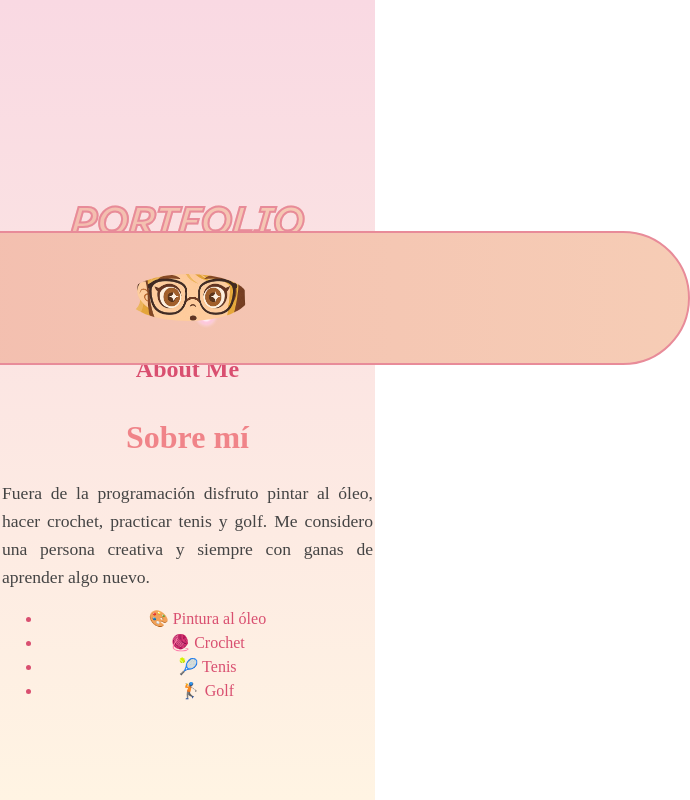
Repository: cflorido/Portafolio
Page: /
An editor plug-in stored every save of this project. The page is shown before and after the next save, followed by the edit.
The browser window is 375 px wide. The page is 690 px wide, so the pictures cover 690 px, including what lies to the right of the window. The pictures show the whole page.
Some web fonts or font styles are not loaded; a fallback is used. The project was rebuilt for these pictures with package versions that can differ from the ones it lists, and the page was loaded fresh each time. Also part of the build but not shown: vite.config.ts.

Above is the page before, as saved 2025-09-03 22:45:36.

### index.html
<!doctype html>
<html lang="en">
  <head>
    <meta charset="UTF-8" />
    <link rel="icon" type="image/svg+xml" href="/vite.svg" />
    <meta name="viewport" content="width=device-width, initial-scale=1.0" />
    <title>Vite + React + TS</title>
    <link rel="preconnect" href="https://fonts.googleapis.com">
    <link rel="preconnect" href="https://fonts.gstatic.com" crossorigin>
    <link href="https://fonts.googleapis.com/css2?family=Cantora+One&display=swap" rel="stylesheet">
  </head>
  <body>
    <div id="root"></div>
    <script type="module" src="/src/main.tsx"></script>
  </body>
</html>

### src/main.tsx
import { StrictMode } from 'react'
import { createRoot } from 'react-dom/client'
import './index.css'
import App from './App.tsx'
import AboutMe from './components/aboutme.tsx'

createRoot(document.getElementById('root')!).render(
  <StrictMode>
    <App />
  </StrictMode>,
)

### src/App.tsx
import { useState, useEffect } from 'react';
import AboutMe from './components/aboutme';
import './App.css';

function App() {
  const [showHeader, setShowHeader] = useState(false);

  useEffect(() => {
    const handleScroll = () => {
      setShowHeader(window.scrollY > 100);
    };
    window.addEventListener('scroll', handleScroll);
    return () => window.removeEventListener('scroll', handleScroll);
  }, []);

  return (
    <div className="portfolio-container">
      <header className={`dynamic-header${showHeader ? ' visible' : ''}`}>
        <nav>
          <span style={{ fontWeight: 'bold', color: '#e88b99', fontSize: '1.3rem' }}>Carol Sofia Florido</span>
          <span style={{ margin: '0 16px', color: '#e88b99' }}>|</span>
          <span style={{ color: '#333', fontSize: '1.1rem' }}>Software Developer</span>
        </nav>
      </header>
      <div className="portfolio-header">
        <h1>PORTFOLIO</h1>
        <div className="subtitle">
          <span className="name">Carol Sofia Florido </span>
          <span className="separator"></span>
          <span className="role">Software Developer</span>
        </div>
      </div>
      <main>
        <div className="avatar-stage">
          <div className="avatar-pill"></div>
          <div className="avatar-stars"></div>
          <img className="avatar" src="public/ilustracion.png" alt="Avatar" />
        </div>
           <section className="about-section">
          <h2>About Me</h2>
          <AboutMe />
        </section>
      </main>
      <footer></footer>
    </div>
  );
}

export default App;

### src/components/AboutMe.tsx
import React from "react";
import "./AboutMe.css";

function AboutMe() {
  return (
    <div className="aboutme-container">
      <h2 className="aboutme-title">Sobre mí</h2>
      <p className="aboutme-text">
        Fuera de la programación disfruto pintar al óleo, hacer crochet,
        practicar tenis y golf. Me considero una persona creativa y siempre con
        ganas de aprender algo nuevo.
      </p>
      <ul className="aboutme-hobbies">
        <li>🎨 Pintura al óleo</li>
        <li>🧶 Crochet</li>
        <li>🎾 Tenis</li>
        <li>🏌️ Golf</li>
      </ul>
    </div>
  );
}

export default AboutMe;

### src/App.css
@font-face {
  font-family: 'Toboggan';
  src: url('/Toboggan OTF/Toboggan-MediumItalic.otf') format('opentype');
  font-weight: 300;
  font-style: normal;
}

:root {
    --sync-gradient: linear-gradient(270deg,  #f8d5b9, #e88b99);
}

body {

    margin: 0;
    font-family: 'Playfair Display', serif;
    background: linear-gradient(to bottom, #f9d9e3, #fff4e3);
    color: #d94f70;
    display: flex;
    justify-content: center;
    align-items: center;
    height: 100vh;
    user-select: none;
}

.portfolio-container {
    text-align: center;
}

h1 {
  margin-top: 160px; /* Margen superior para separar del borde */
  user-select: none;
  font-family: 'Toboggan', sans-serif;
  font-size: 10rem;
  font-weight: bold;
  margin-bottom: 0;
  background: var(--sync-gradient);
  background-size: 400% 400%;
  -webkit-background-clip: text;
  background-clip: text;
  animation: gradientMove 20s ease infinite;
  -webkit-text-stroke: 2px #e88b99;
  color: transparent;
}

header h2 {
    font-family: 'Toboggan';
  font-size: 1.5rem;
  font-weight: 300;
  text-align: left;
  color: #000;
  user-select: none;
  margin: 0;   /* 🔹 Elimina todos los márgenes */
}

header p {
    font-family: 'Playfair Display', serif;
    font-size: 140px;
    font-style: italic;
}

footer {
    margin-top: 30px;
    font-size: 0.9rem;
}

main {
    display: flex;
    flex-direction: column; /* ✅ apila los hijos */
    align-items: center;
}


.avatar-stage {
    position: relative;
    display: flex;
    justify-content: center;
    align-items: center;
    width: 90vw;
    max-width: 900px;
    margin-left: auto;
    margin-right: auto;
    border-radius: 20px;    /* Opcional: bordes redondeados */
}
/* 🔹 Estrellitas dentro del avatar-stage */
.avatar-stage::before {
  content: "";
  position: absolute;
  top: 0;
  left: 0;
  width: 100%;
  height: 100%;

  background-image:
    polygon-star(3, 6px, white),
    polygon-star(3, 8px, white),
    polygon-star(3, 5px, rgba(255,255,255,0.8));

  pointer-events: none;
}

.avatar-pill {

    position: absolute;
    z-index: 1;
    width: min(320vw, 1000px);
    height: 130px;

    /* 🔹 Usando la misma variable CSS */
    background: var(--sync-gradient);
    background-size: 400% 400%;
    border-radius: 70px;
    border: 2px solid #e88b99; /* Borde negro de 2px */
    overflow: hidden;
    animation: gradientMove 20s ease infinite;
}

/* Bolitas animadas */
.avatar-pill::before,
.avatar-pill::after {
    content: "";
    position: absolute;
    width: 200%;
    height: 200%;
    top: -50%;
    left: -50%;
    background-image: radial-gradient(circle 6px, rgba(255,255,255,0.8) 70%, transparent 100%),
                      radial-gradient(circle 10px, rgba(255,200,230,0.6) 70%, transparent 100%),
                      radial-gradient(circle 8px, rgba(255,180,210,0.5) 70%, transparent 100%),
                      radial-gradient(circle 12px, rgba(255,220,240,0.4) 70%, transparent 100%);
    background-repeat: repeat;
    animation: floatBalls 60s linear infinite;
}

.avatar-pill::after {
    animation-duration: 90s;
    opacity: 0.7;
}

/* 🔹 Animación sincronizada para ambos elementos */
@keyframes gradientMove {
    0% { background-position: 0% 50%; }
    50% { background-position: 100% 50%; }
    100% { background-position: 0% 50%; }
}

@keyframes floatBalls {
    from { transform: translate(0, 0); }
    to   { transform: translate(200px, 200px); }
}

.avatar {
    position: relative;
    z-index: 2;
    width: 330px;
    border-radius: 80%;
    display: block;
    margin: auto;
}

/* 🔹 Clase auxiliar por si quieres aplicar el gradiente a otros elementos */
.sync-gradient {
    background: var(--sync-gradient);
    background-size: 400% 400%;
    animation: gradientMove 40s ease infinite;
}


.subtitle {
  font-family: 'Toboggan';
  display: flex;
  gap: 10px;
  font-size: 1.2rem;
  color: #e88b99;
  justify-content: flex-start; /* Alinea el contenido a la izquierda */
  width: 100%;                /* Ocupa todo el ancho disponible */
  text-align: left;           /* Alinea el texto a la izquierda */
  margin-left: 60px;         /* Margen derecho para separar del borde */
}

.subtitle .name {
  font-weight: bold;
}

.subtitle .role {
  border: 2px solid #e88b99;
  border-radius: 15px;
  padding: 2px 10px;
  font-size: 0.9rem;
}
/* Contenedor de estrellitas */
.stars {
  position: absolute;
  top: 0;
  left: 0;
  width: 100%;
  height: 100%;
  pointer-events: none; /* Que no interfieran */
  overflow: hidden;
  z-index: 0;
}

/* Cada estrella */
.star {
  position: absolute;
  width: 0;
  height: 0;
  border-left: 6px solid transparent;
  border-right: 6px solid transparent;
  border-bottom: 12px solid white;
  transform: rotate(0deg);
  opacity: 0.9;
  animation: twinkle 4s infinite ease-in-out;
}

/* Animación de brillo */
@keyframes twinkle {
  0%, 100% { opacity: 0.9; transform: scale(1) rotate(0deg); }
  50% { opacity: 0.3; transform: scale(1.3) rotate(10deg); }
}
.separator {
  display: inline-block;
  width: 2px;
  height: 28px;  /* Más largo verticalmente */
  background-color: #e88b99;
  margin: 0 10px;
}

.dynamic-header {
  position: fixed;
  top: 0;
  left: 0;
  width: 100%;
  background: rgba(255, 255, 255, 0.9);
  backdrop-filter: blur(8px);
  transform: translateY(-100%);
  transition: transform 0.3s ease;
  z-index: 1000;
  padding: 1rem 0;
}

.dynamic-header.visible {
  transform: translateY(0);
}

/* --- RESPONSIVE DESIGN --- */
@media (max-width: 900px) {
  h1 {
    font-size: 5rem;
  }
  .avatar {
    width: 180px;
  }
  .avatar-stage {
    max-width: 98vw;
    width: 98vw;
  }
  .about-section, .about-content {
    flex-direction: column;
    padding: 20px 10px;
    gap: 16px;
    max-width: 98vw;
  }
  .about-photo {
    width: 120px;
    height: 120px;
  }
  .subtitle {
    font-size: 1rem;
    margin-left: 10px;
    margin-right: 10px;
  }
}

@media (max-width: 600px) {
  h1 {
    font-size: 2.5rem;
  }
  .avatar {
    width: 120px;
  }
  .avatar-stage {
    max-width: 100vw;
    width: 100vw;
    border-radius: 10px;
  }
  .about-section, .about-content {
    flex-direction: column;
    padding: 10px 2px;
    gap: 8px;
    max-width: 100vw;
    border-radius: 10px;
  }
  .about-photo {
    width: 80px;
    height: 80px;
  }
  .about-text h2 {
    font-size: 1.3rem;
  }
  .about-text p {
    font-size: 0.95rem;
  }
  .subtitle {
    font-size: 0.9rem;
    margin-left: 4px;
    margin-right: 4px;
  }
}

### src/components/AboutMe.css
.aboutme-section {
  padding: 2rem;
  background-color: #fef7fa;
  border-radius: 1rem;
  margin-top: 2rem;
  box-shadow: 0 4px 8px rgba(0, 0, 0, 0.1);
}

.aboutme-title {
  font-family: "Times New Roman", serif;
  font-size: 2rem;
  font-weight: bold;
  margin-bottom: 1rem;
  color: #f08489;
  text-align: center;
}

.aboutme-text {
  font-family: "Times New Roman", serif;
  font-size: 1.1rem;
  line-height: 1.6;
  color: #444;
  text-align: justify;
  margin-bottom: 1rem;
}

Loaded but not shown: src/index.css (common file)

After the next save:
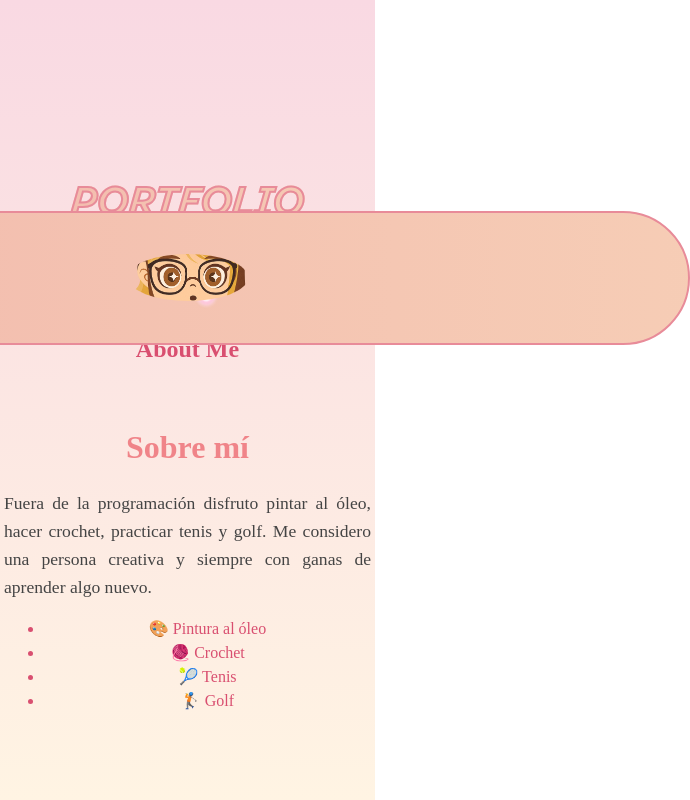
Saved 9 s later.
--- a/src/components/AboutMe.css
+++ b/src/components/AboutMe.css
@@ -1,3 +1,36 @@
+.aboutme-container, .aboutme-section {
+  width: 100%;
+  max-width: 700px;
+  margin: 0 auto;
+  box-sizing: border-box;
+  overflow-x: hidden;
+
+}
+
+/* Responsive */
+@media (max-width: 900px) {
+  .aboutme-container, .aboutme-section {
+    max-width: 98vw;
+    padding: 20px 10px;
+  }
+}
+
+@media (max-width: 600px) {
+  .aboutme-container, .aboutme-section {
+    max-width: 100vw;
+    padding: 10px 2px;
+  }
+}
+
+img {
+  max-width: 100%;
+  height: auto;
+  display: block;
+}
+
+body {
+  overflow-x: hidden;
+}
 .aboutme-section {
   padding: 2rem;
   background-color: #fef7fa;
